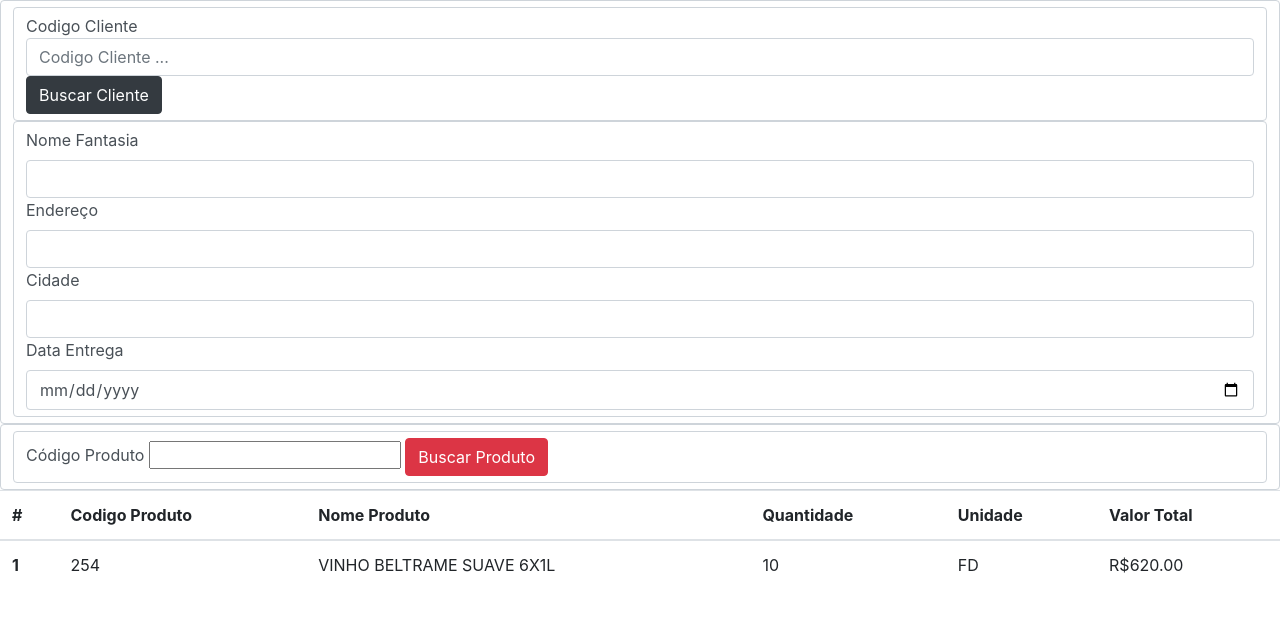
Repository: RobertoAntunes35/controle-estoque
Page: backend/templates/paginaGeracaoPedidos.html
These files come from the project's save history. The page is drawn as it stood at one moment and after the next save; the edit follows.
The browser window is 1280 px wide. The pictures show the whole page.
Some web libraries are served in a nearby version. The template is drawn by Flask 3. The application's start-up code is not run. The template is opened directly, without the code that normally fills it, so the values that code supplies are empty.

Above is the page before, as saved 2023-06-06 10:45:39.

After the next save:
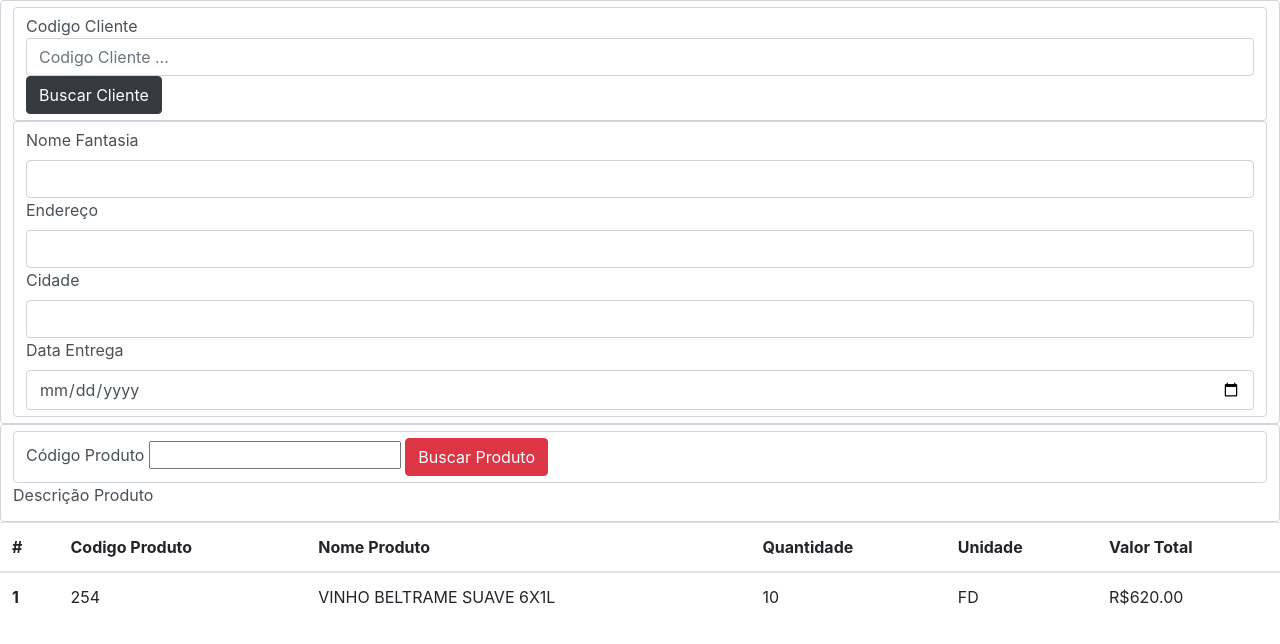
Saved 30 s later.
--- a/backend/templates/paginaGeracaoPedidos.html
+++ b/backend/templates/paginaGeracaoPedidos.html
@@ -32,7 +32,9 @@
                         <label for="">Código Produto</label>
                         <input class="" type="text" name="codigoProduto" id="codigoProduto">
                         <button class="btn btn-danger" id="btnBuscaProduto" name="btnBuscaProduto">Buscar Produto</button>
-
+                    </div>
+                    <div class="dados-produtos">
+                        <label for="">Descrição Produto</label>
                     </div>
                 </div>
 
